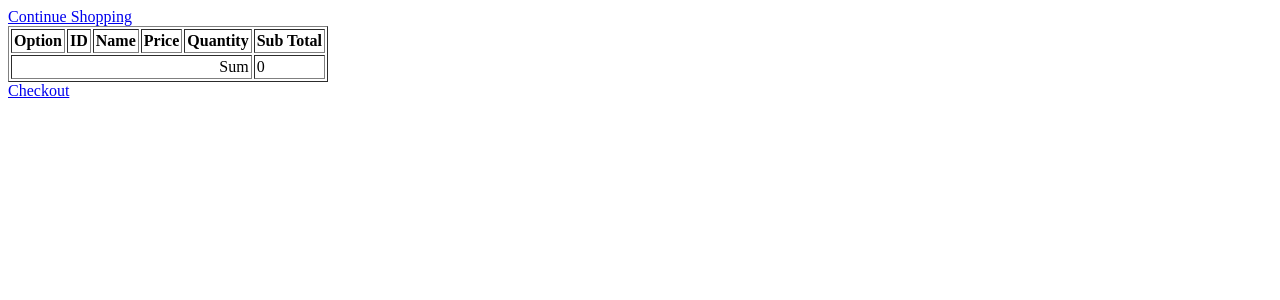
Repository: xzou4/CS221b
Page: http://localhost/fablix/shoppingcart.jsp
An editor plug-in stored every save of this project. The page is shown before and after the next save, followed by the edit.
The browser window is 1280 px wide. The pictures show the whole page.
The page is served by Tomcat 9.

Above is the page before, as saved 2017-02-15 03:18:56.

After the next save:
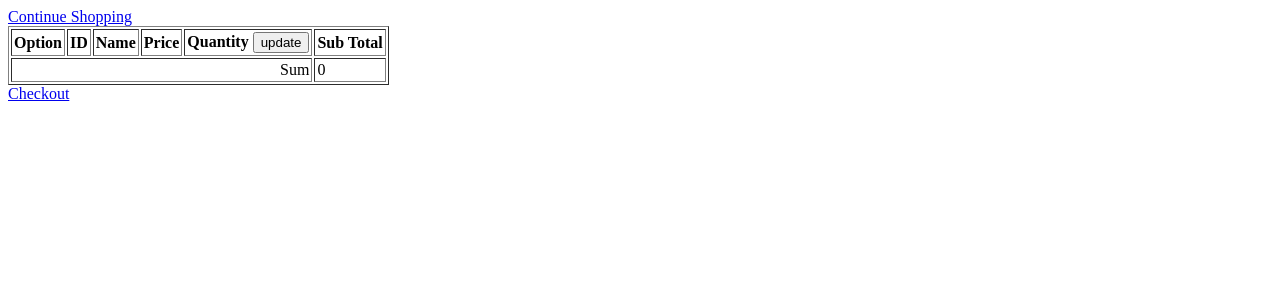
Saved 5 min 2 s later.
--- a/fablix/WebContent/shoppingcart.jsp
+++ b/fablix/WebContent/shoppingcart.jsp
@@ -24,7 +24,7 @@ function update(item)
 		<th>ID</th>
 		<th>Name</th>
 		<th>Price</th>
-		<th>Quantity</th>
+		<th>Quantity <input type="submit" value="update"></th>
 		<th>Sub Total</th>
 	</tr>
 	<c:set var="s" value="0"></c:set>
@@ -35,8 +35,10 @@ function update(item)
 			<td>${it.id }</td>
 			<td><a href='titlelink?param=${it.name}'>${it.name }</a></td>
 			<td>${it.price }</td>
-			<td>
-			<form action="shoppingCartController" >
+			<td><input type="text" name="quantity" value="${it.quantity }"
+			style="width: 60px;">
+
+			<!-- <form action="shoppingCartController" >
 			<select name="quantity" onchange="update(this, it)">
 			<option value = "1">1</option>
 			<option value = "2">2</option>
@@ -50,7 +52,9 @@ function update(item)
 			<option value = "10">10</option>
 			</select>
 			</form>
-			</td>
+			 -->
+
+			 </td>
 			<td>${it.price * it.quantity}</td>
 		</tr>
 	</c:forEach>
